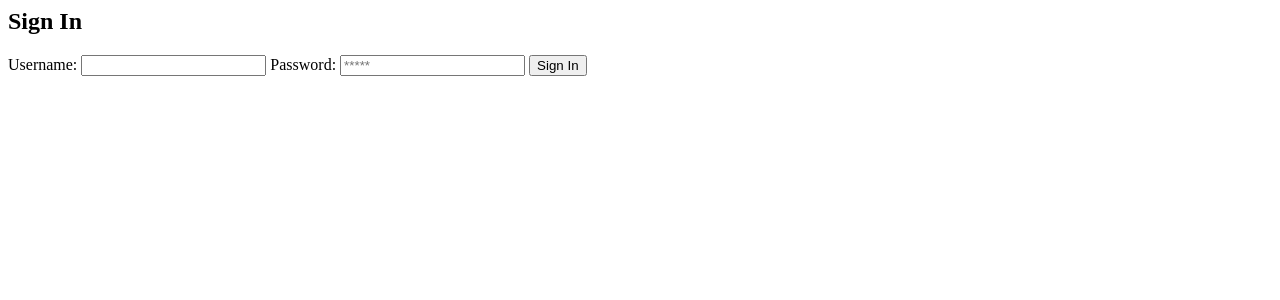
Repository: MikeMoore55/TheLibrary
Page: http://localhost/src/public/pages/sign-in.page.php
The author's editor kept a copy of each file at every save. The page is drawn from the files as they stood at one save, then again after the next save.
The browser window is 1280 px wide. The pictures show the whole page.
The page is run by PHP 8.4 with error messages shown; the project is at /var/www/html/.

Above is the page before, as saved 2022-07-06 15:36:17.

After the next save:
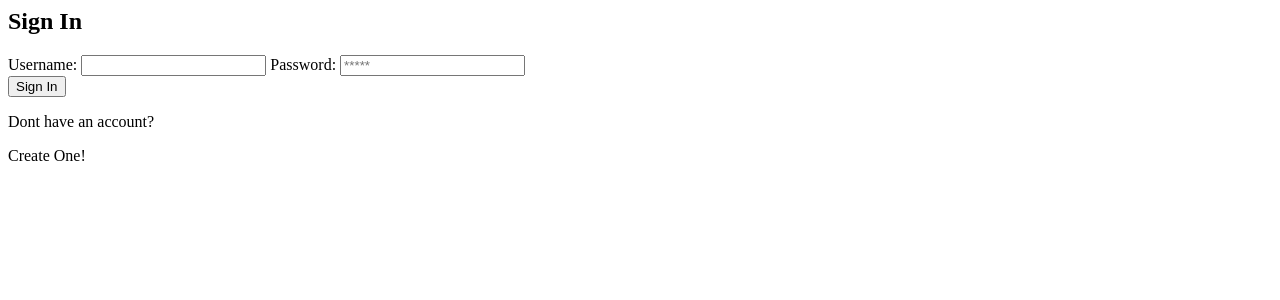
Saved 79 s later.
--- a/src/public/pages/sign-in.page.php
+++ b/src/public/pages/sign-in.page.php
@@ -11,6 +11,9 @@
             Password:
         </label>
         <input type="password" class="form-control" id="exampleFormControlInput2" placeholder="*****" name="password">
+        <br>
         <input type="submit" class="btn btn-primary mb-3" name="signIn" value="Sign In">
+        <p>Dont have an account?</p>
+        <a>Create One!</a>
     </form>
 </main>
